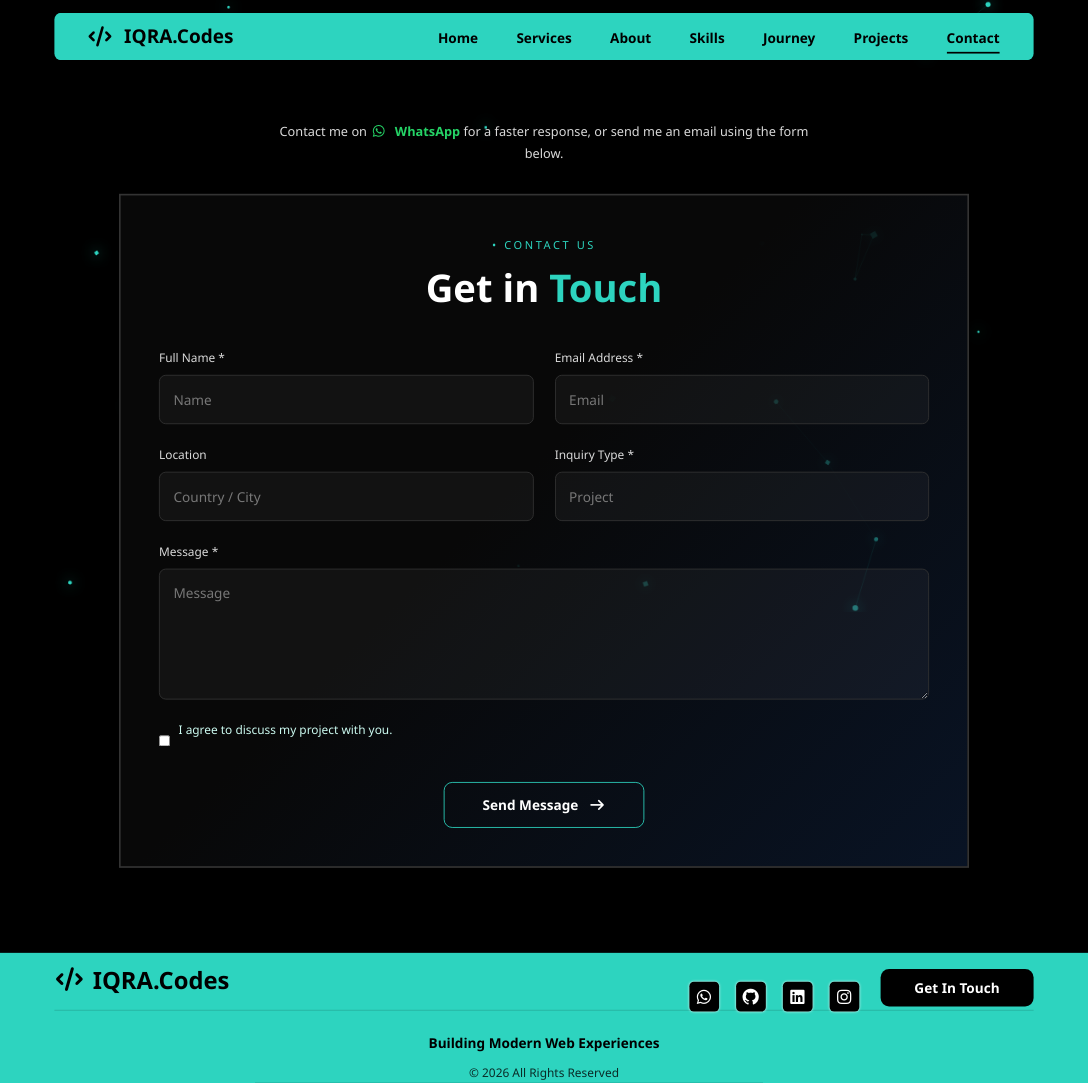
Repository: Iqra-Codes-Dev/responsive-portfolio-website
Page: contact.html
These files come from the project's save history. The page is drawn as it stood at one moment and after the next save; the edit follows.
The browser window is 1280 px wide. The pictures show the whole page, at 85% of full size.
Some web libraries are served in a nearby version.

Above is the page before, as saved 2026-08-03 00:41:15.
Console error: ReferenceError: emailjs is not defined

### contact.html
<!doctype html>
<html lang="en">
  <head>
    <!-- ========================================== -->
    <!--          METADATA & STYLESHEETS            -->
    <!-- ========================================== -->
    <meta charset="UTF-8" />
    <meta name="viewport" content="width=device-width, initial-scale=1.0" />
    <link
      rel="stylesheet"
      href="https://cdnjs.cloudflare.com/ajax/libs/font-awesome/7.0.1/css/all.min.css"
    />
    <link href="https://unpkg.com/aos@2.3.1/dist/aos.css" rel="stylesheet" />
    <link
      rel="stylesheet"
      href="https://cdnjs.cloudflare.com/ajax/libs/font-awesome/7.0.1/css/all.min.css"
    />
    <link
      href="https://cdn.jsdelivr.net/npm/bootstrap@5.3.3/dist/css/bootstrap.min.css"
      rel="stylesheet"
    />
    <link rel="stylesheet" href="style.css" />
    <title>Hafiza Iqra — Full-Stack Web Developer</title>
  <link rel="icon" type="image/png" href="assest/download.png">
  </head>
  <body>
    <!-- ========================================== -->
    <!--          BACKGROUND CANVAS & NAVBAR        -->
    <!-- ========================================== -->
    <canvas id="networkCanvas"></canvas>
    <div id="navbar"></div>

    <!-- ========================================== -->
    <!--               HEADER SECTION               -->
    <!-- ========================================== -->
    <header data-aos="fade-down" data-aos-duration="700" data-aos-delay="200">
      <a href="index.html" class="logo">
        <i class="fas fa-code logo-icon"></i>
        <span class="logo-text">IQRA.Codes</span>
      </a>

      <div class="menu-toggle" id="mobile-menu">
        <i class="fa-solid fa-bars"></i>
      </div>

 <nav>
  <div class="close-btn" id="close-menu">
  </div>

  <ul id="nav-list">
   <ul id="nav-list">
    <li><a href="index.html">Home</a></li>
    <li><a href="index.html#services">Services</a></li>
    <li><a href="about.html">About</a></li>
    <li><a href="about.html#skills">Skills</a></li>
    <li><a href="journey.html">Journey</a></li>
    <li><a href="journey.html#projects">Projects</a></li>
    <li><a href="contact.html" class="active">Contact</a></li>
  </ul>
</nav>
    </header>
<!-- // ===============navbar ===================== -->
 <script>
   const mobileMenu = document.getElementById('mobile-menu');
const menuIcon = mobileMenu.querySelector('i');
const nav = document.querySelector('nav');
const navLinks = document.querySelectorAll('nav ul li a');

mobileMenu.addEventListener('click', () => {
    nav.classList.toggle('active');

    if (nav.classList.contains('active')) {
        menuIcon.classList.remove('fa-bars');
        menuIcon.classList.add('fa-xmark');
    } else {
        menuIcon.classList.remove('fa-xmark');
        menuIcon.classList.add('fa-bars');
    }
});

navLinks.forEach(link => {
    link.addEventListener('click', () => {
        nav.classList.remove('active');
        menuIcon.classList.remove('fa-xmark');
        menuIcon.classList.add('fa-bars');
    });
});
 </script>
 <br>
<!-- ====================== CONTACT ===================== -->
<section class="contact-section" id="contact">
            <!-- WhatsApp Contact -->
 <p class="contact-info">
    Contact me on
    <!-- <a href="https://web.whatsapp.com/send?phone=923047898384&text=Hello%20Hafiza%20Iqra,%20I%20visited%20your%20portfolio%20and%20would%20like%20to%20discuss%20a%20web%20development%20project."
       target="_blank"
       rel="noopener noreferrer">
        <i class="fa-brands fa-whatsapp"></i> WhatsApp
    </a> -->
    <a href="https://wa.me/923047898384?text=Hello%20Hafiza%20Iqra!%20I%20visited%20your%20portfolio%20and%20would%20like%20to%20discuss%20a%20web%20development%20project."
   target="_blank"
   rel="noopener noreferrer"
   aria-label="Chat on WhatsApp">
    <i class="fa-brands fa-whatsapp"></i>  WhatsApp
</a>
    for a faster response, or send me an email using the form below.
</p>
    <div class="contact-wrapper">

        <div class="contact-heading">
            <span>• CONTACT US</span>
            <h2>Get in <b>Touch</b></h2>
        </div>

        <form id="contactForm">

            <div class="contact-grid">

                <div class="input-box">
                    <label>Full Name *</label>
                    <input type="text" id="name" placeholder="Name" required>
                </div>

                <div class="input-box">
                    <label>Email Address *</label>
                    <input type="email" id="email" placeholder="Email" required>
                </div>

                <div class="input-box">
                    <label>Location</label>
                    <input type="text" id="location" placeholder="Country / City">
                </div>

                <div class="input-box">
                    <label>Inquiry Type *</label>
                    <input type="text" id="subject" placeholder="Project" required>
                </div>

            </div>

            <div class="input-box message-box">
                <label>Message *</label>
                <textarea id="message" rows="5" placeholder="Message" required></textarea>
            </div>

            <div class="check-box">
                <input type="checkbox" required>
                <p>I agree to discuss my project with you.</p>
            </div>

            <button type="submit" class="contact-submit">
                Send Message
                <i class="fa-solid fa-arrow-right"></i>
            </button>



        </form>

    </div>
</section>

<div id="form-notification"></div>


    <!-- ========================================== -->
    <!--               FOOTER SECTION               -->
    <!-- ========================================== -->
  <footer class="footer">

    <div class="footer-top">

        <a href="#" class="footer-logo">
            <i class="fas fa-code"></i>
            <span>IQRA.Codes</span>
        </a>

        <div class="footer-right">

            <div class="social-icon">

          <a href="https://web.whatsapp.com/send?phone=923047898384&text=Hello%20Hafiza%20Iqra,%20I%20visited%20your%20portfolio%20and%20would%20like%20to%20discuss%20a%20web%20development%20project." target="_blank" rel="noopener noreferrer">
    <i class="fa-brands fa-whatsapp"></i>
</a>
            <a href="https://github.com/Iqra-Codes-Dev" target="_blank"><i class="fab fa-github"></i></a>
            <a href="https://www.linkedin.com/in/iqra-shafiq-226538415/" target="_blank"><i class="fab fa-linkedin"></i></a>
            <a href="https://www.instagram.com/hafi.za526" target="_blank"><i class="fab fa-instagram"></i></a>

     </div>
             <a href="contact.html" class="hire-btn">Get In Touch</a>

        </div>

    </div>

   <div class="footer-center">



    <p>Building Modern Web Experiences</p>

    <span>© 2026 All Rights Reserved</span>

</div>

</footer>
    <!-- ========================================== -->
    <!--            SCRIPTS & INITIALIZATION        -->
    <!-- ========================================== -->

    <!-- 1. Sab se pehle EmailJS library load hogi -->
    <script src="https://cdn.jsdelivr.net/npm/@emailjs/browser@4/dist/email.min.js"></script>

    <!-- 2. Phir AOS animation library -->
    <script src="https://cdn.jsdelivr.net/npm/aos@2.3.4/dist/aos.js"></script>
  <script>
AOS.init({
    duration: 500,
    once: true,
    offset: 40
});
</script>

    <!-- 3. Aakhir mein aapka apna JavaScript code -->
    <script>
      (function () {
        emailjs.init({
          publicKey: "OnNOJI0DPhENTERJY",
        });
      })();

      function showCenterPopup(message, type) {
        const notification = document.getElementById("form-notification");
        notification.innerText = message;
        notification.className = `show ${type}`;

        // 3 seconds ke baad popup khud band ho jayega
        setTimeout(() => {
          notification.className = "";
        }, 3000);
      }

      document.addEventListener("DOMContentLoaded", function () {
        const contactForm = document.getElementById("contactForm");

        if (contactForm) {
          contactForm.addEventListener("submit", function (e) {
            e.preventDefault();

            const button = document.querySelector(".contact-submit");
            button.innerHTML = "Sending...";

            const templateParams = {
              name: document.getElementById("name").value,
              email: document.getElementById("email").value,
              location: document.getElementById("location").value,
              subject: document.getElementById("subject").value,
              message: document.getElementById("message").value,
            };

            emailjs
              .send("service_6pl0hm6", "template_5o2vfal", templateParams)
              .then(function (response) {
                console.log("SUCCESS", response);
                showCenterPopup("✅ Message Sent Successfully!", "success");
                contactForm.reset();
                button.innerHTML = `
                      Send Message
                      <i class="fa-solid fa-arrow-right"></i>
                  `;
              })
              .catch(function (error) {
                console.log("EmailJS Error:", error);
                showCenterPopup("❌ Message Failed. Try again!", "error");
                button.innerHTML = `
                      Send Message
                      <i class="fa-solid fa-arrow-right"></i>
                  `;
              });
          });
        }
      });
    </script>

    <!-- Agar aapka baaki code 'lec.js' mein hai, toh wo yahan aayega (agar upar wala code inline kar diya hai toh lec.js ki zaroorat nahi) -->
    <script src="lec.js"></script>
  </body>
</html>

Loaded but not shown: lec.js (557 lines, source omitted); style.css (2858 lines, source omitted)

After the next save:
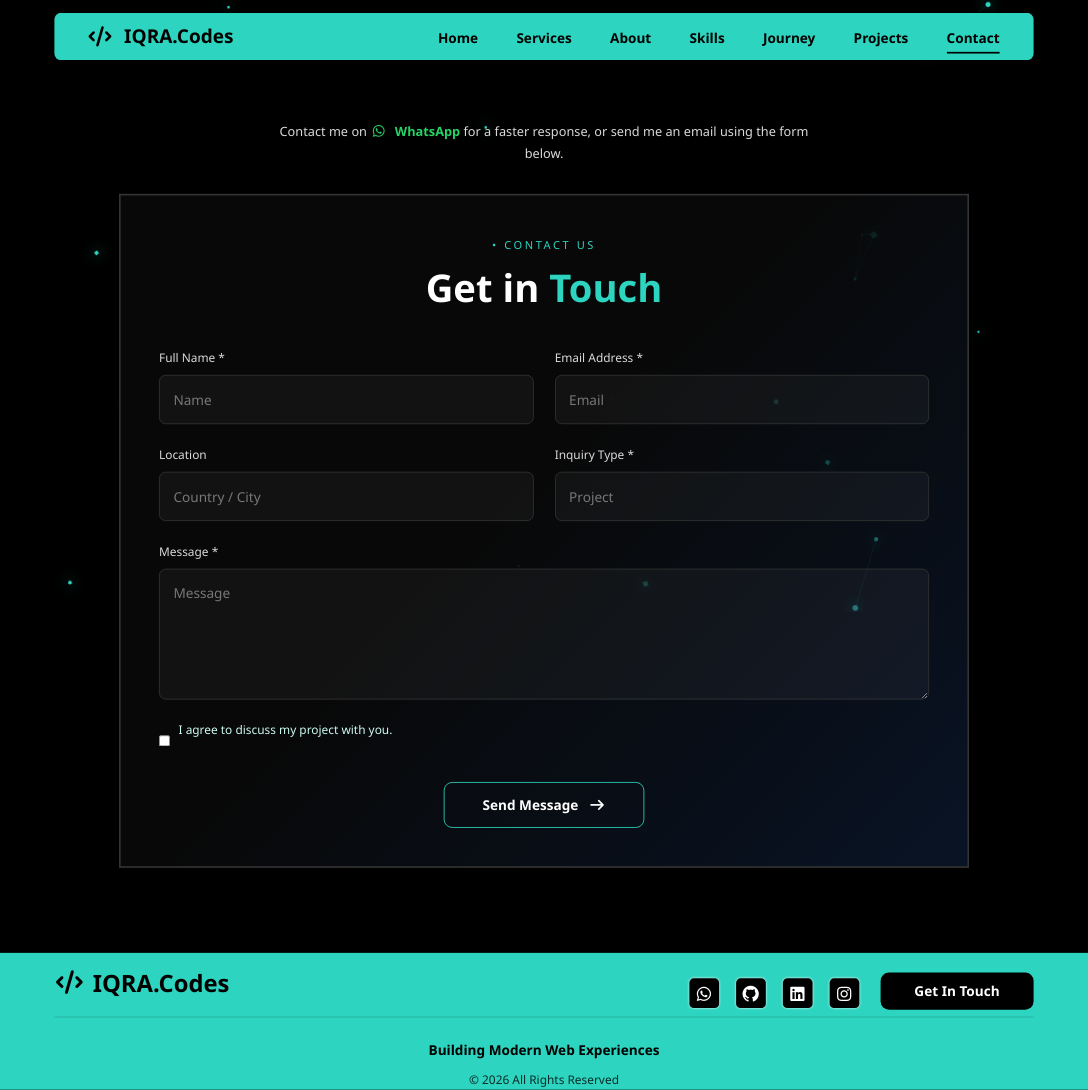
Saved 11 s later.
--- a/contact.html
+++ b/contact.html
@@ -92,12 +92,7 @@ navLinks.forEach(link => {
             <!-- WhatsApp Contact -->
  <p class="contact-info">
     Contact me on
-    <!-- <a href="https://web.whatsapp.com/send?phone=923047898384&text=Hello%20Hafiza%20Iqra,%20I%20visited%20your%20portfolio%20and%20would%20like%20to%20discuss%20a%20web%20development%20project."
-       target="_blank"
-       rel="noopener noreferrer">
-        <i class="fa-brands fa-whatsapp"></i> WhatsApp
-    </a> -->
-    <a href="https://wa.me/923047898384?text=Hello%20Hafiza%20Iqra!%20I%20visited%20your%20portfolio%20and%20would%20like%20to%20discuss%20a%20web%20development%20project."
+   <a href="https://wa.me/923047898384?text=Hello%20Hafiza%20Iqra!%20I%20visited%20your%20portfolio%20and%20would%20like%20to%20discuss%20a%20web%20development%20project."
    target="_blank"
    rel="noopener noreferrer"
    aria-label="Chat on WhatsApp">
@@ -177,9 +172,12 @@ navLinks.forEach(link => {
 
         <div class="footer-right">
 
-            <div class="social-icon">
-
-          <a href="https://web.whatsapp.com/send?phone=923047898384&text=Hello%20Hafiza%20Iqra,%20I%20visited%20your%20portfolio%20and%20would%20like%20to%20discuss%20a%20web%20development%20project." target="_blank" rel="noopener noreferrer">
+            <div class="social-icon soc">
+
+     <a href="https://wa.me/923047898384?text=Hello%20Hafiza%20Iqra!%20I%20visited%20your%20portfolio%20and%20would%20like%20to%20discuss%20a%20web%20development%20project."
+   target="_blank"
+   rel="noopener noreferrer"
+   aria-label="Chat on WhatsApp">
     <i class="fa-brands fa-whatsapp"></i>
 </a>
             <a href="https://github.com/Iqra-Codes-Dev" target="_blank"><i class="fab fa-github"></i></a>
